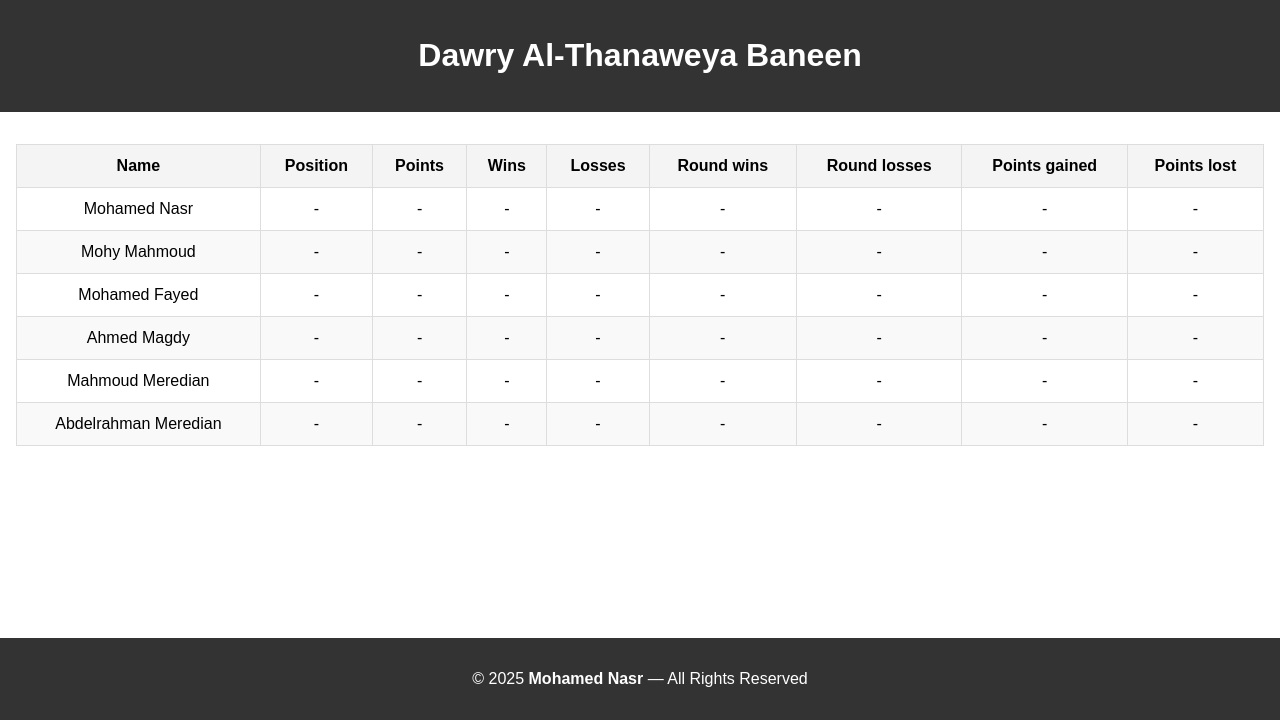
Repository: MohamedNasr95/Dawry-Al-Thanaweya-Baneen
Page: Index.html
These files come from the project's save history. The page is drawn as it stood at one moment and after the next save; the edit follows.
The browser window is 1280 px wide. The pictures show the whole page.

Above is the page before, as saved 2025-09-07 19:35:21.

After the next save:
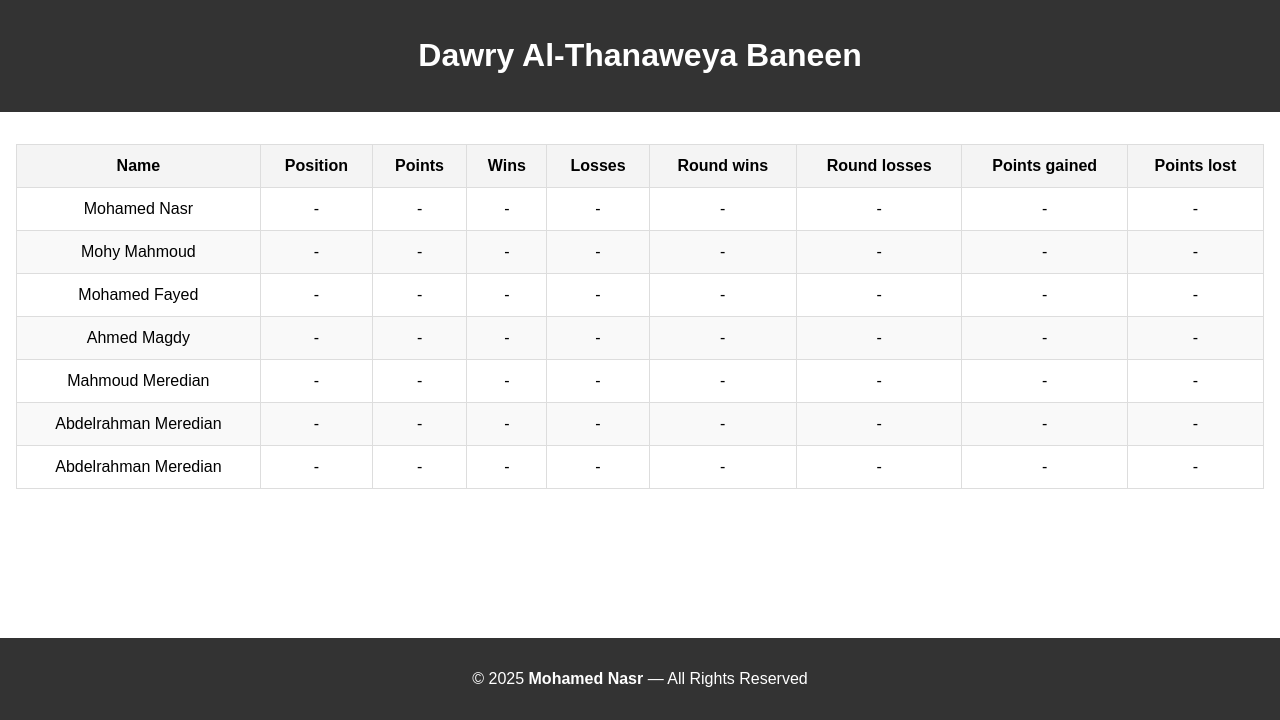
Saved 109 min 45 s later.
--- a/Index.html
+++ b/Index.html
@@ -92,6 +92,17 @@
           <td>-</td>
           <td>-</td>
         </tr>
+        <tr>
+          <td>Abdelrahman Meredian</td>
+          <td>-</td>
+          <td>-</td>
+          <td>-</td>
+          <td>-</td>
+          <td>-</td>
+          <td>-</td>
+          <td>-</td>
+          <td>-</td>
+        </tr>
         <!-- Add more rows here -->
       </tbody>
     </table>
